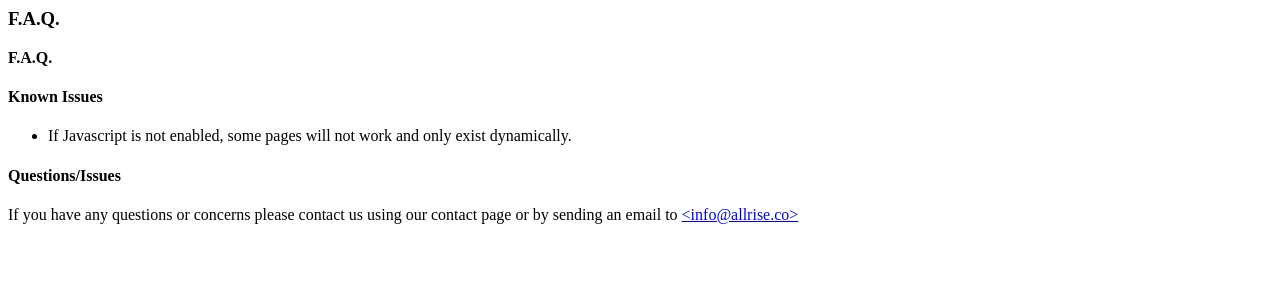
Repository: AllinWebPro/allRise
Page: http://localhost/application/views/main/faq.php
The author's editor kept a record of every edit. The page is drawn from the files as they stood at one moment, then again after the next edit.
The browser window is 1280 px wide. The pictures show the whole page.
The page is run by PHP 8.4 with error messages shown; the project is at /var/www/html/.

Above is the page before.

After the next edit:
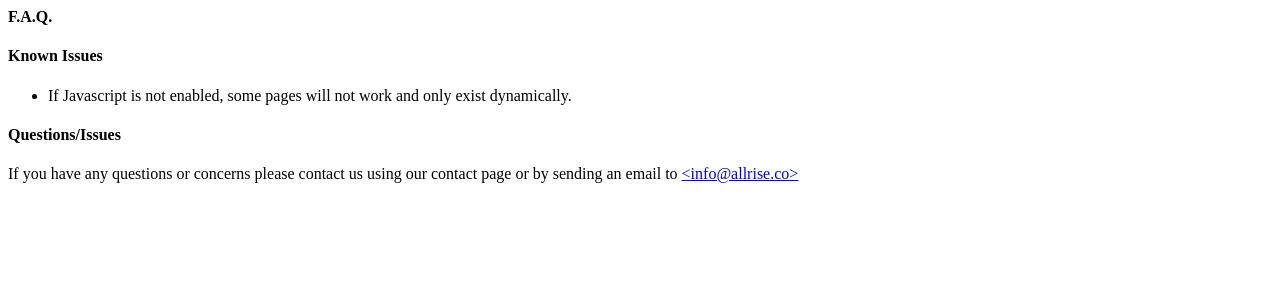
The edit:
--- a/application/views/main/faq.php
+++ b/application/views/main/faq.php
@@ -1,5 +1,4 @@
-<h3 class="horizontal-padding-xsmall">F.A.Q.</h3>
-<div class="vertical-padding-xsmall horizontal-padding-xsmall">
+<div class="vertical-padding-small horizontal-padding-small">
   <div class="pure-u-1 bottom-padding-xsmall">
     <strong><a name="faq"><i class="fa fa-life-ring"></i></a> F.A.Q.</strong>
   </div>
